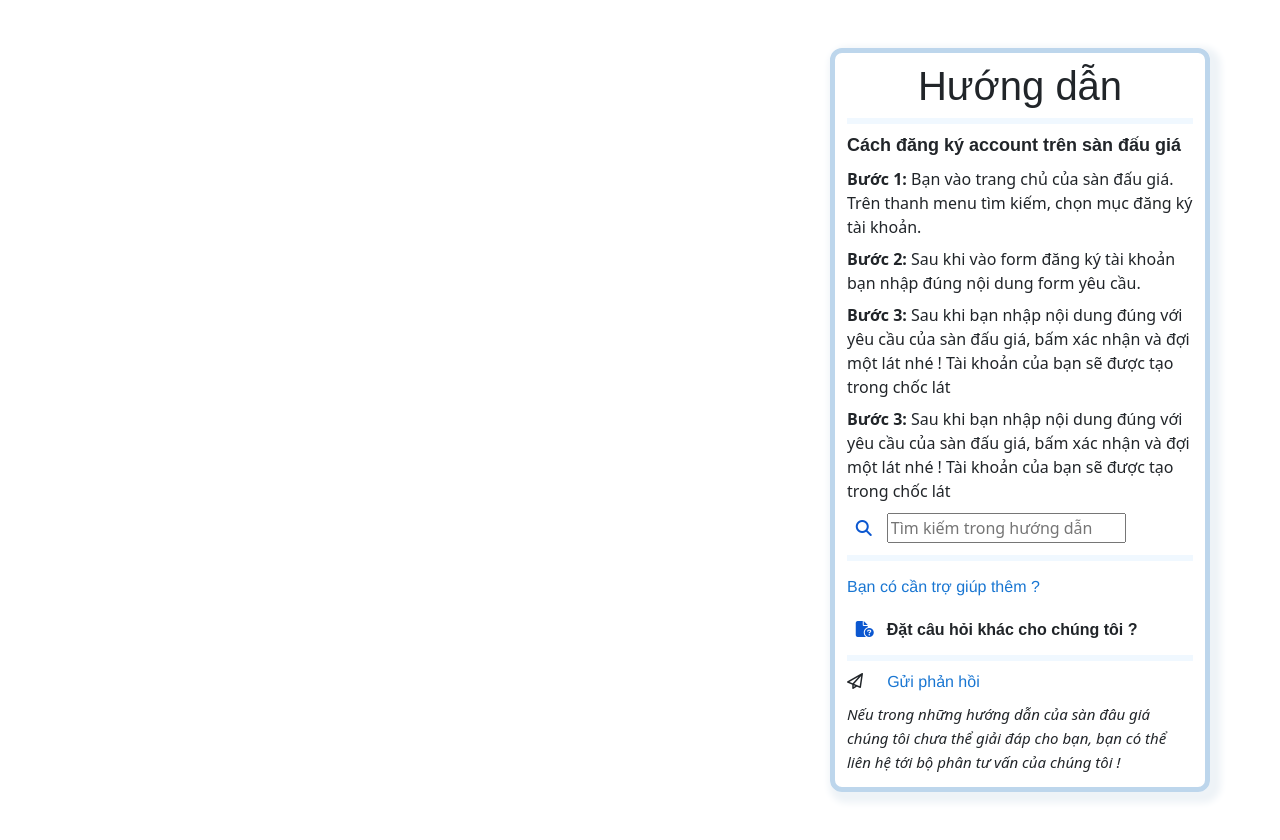
Repository: SonPhamThe/C0622G1-module5
Page: prototype--module6/guides/guide1.html
An editor plug-in stored every save of this project. The page is shown before and after the next save, followed by the edit.
The browser window is 1280 px wide. The pictures show the whole page.
Some web libraries are served in a nearby version.

Above is the page before, as saved 2022-12-07 15:20:42.

After the next save:
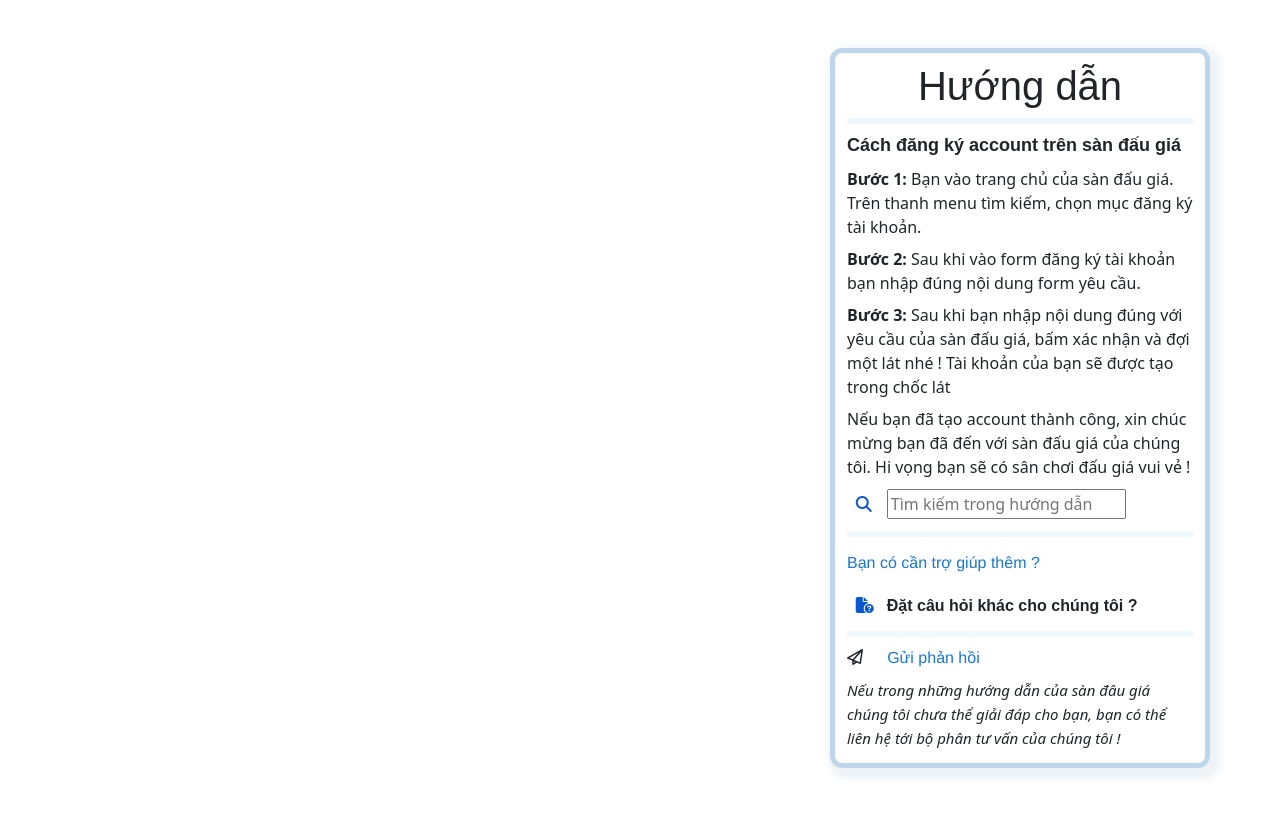
Saved 37 s later.
--- a/prototype--module6/guides/guide1.html
+++ b/prototype--module6/guides/guide1.html
@@ -84,10 +84,7 @@
 
             <div class="mb-2">
               <span>
-                <strong>Bước 3: </strong>
-                Sau khi bạn nhập nội dung đúng với yêu cầu của sàn đấu giá, bấm
-                xác nhận và đợi một lát nhé ! Tài khoản của bạn sẽ được tạo
-                trong chốc lát
+               Nếu bạn đã tạo account thành công, xin chúc mừng bạn đã đến với sàn đấu giá của chúng tôi. Hi vọng bạn sẽ có sân chơi đấu giá vui vẻ !
               </span>
             </div>
 
